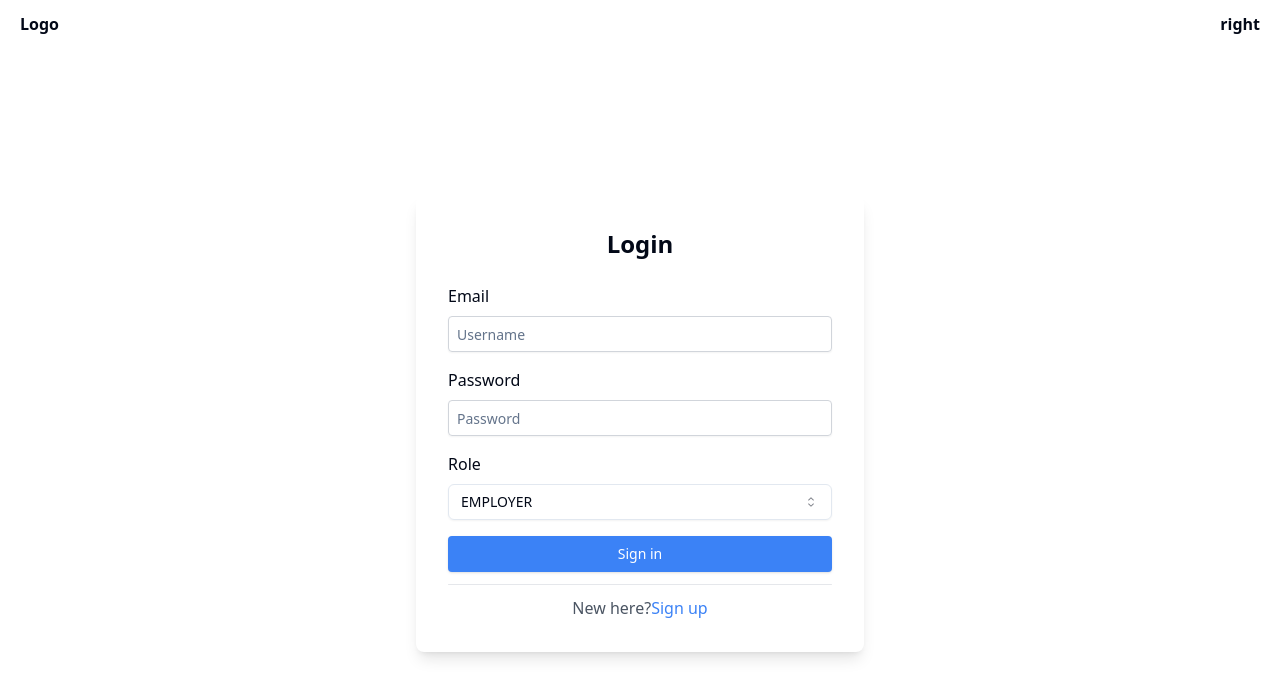
Repository: hisreal123/globalpath_fe
Page: /auth/signin
The author's editor kept a copy of each file at every save. The page is drawn from the files as they stood at one save, then again after the next save.
The browser window is 1280 px wide. The pictures show the whole page.
The project was rebuilt for these pictures with package versions that can differ from the ones it lists, and the page was loaded fresh each time. Also part of the build but not shown: vite.config.ts, src/components/pages/HomeComponent.tsx, src/pages/Home.tsx, src/pages/Error.tsx, src/pages/About.tsx, src/pages/Blog.tsx, src/pages/Find_jobs.tsx, src/components/Header.tsx and 3 more.

Above is the page before, as saved 2024-10-12 16:02:27.

### src/App.tsx

import { Router } from "./router/Router";

function App() {
  return (
    <>
      <Router />
    </>
  );
}

export default App;

### src/router/Router.tsx
import {
  createBrowserRouter,
  RouterProvider,
  Outlet,
  useLocation,
} from "react-router-dom";
import Home from "../pages/Home";
import Error from "../pages/Error";
import About from "../pages/About";
import Blog from "../pages/Blog";
import Find_jobs from "../pages/Find_jobs"
import Header from "../components/Header";
import Signin from "../pages/auth/Signin";
import Signup from "../pages/auth/Signup";


const notPages = ["/error", "/auth/signin", "/auth/signup", "auth/reset_password"]


// Layout component with conditional Navbar
const Layout = () => {
  const location = useLocation(); // Get the current route location

  return (
    <>
      {/* Conditionally render the Navbar if the current path is not the error page */}
      {!notPages.includes(location.pathname) && <Header />}
      <Outlet /> {/* Renders the child route's component */}
    </>
  );
};

const router = createBrowserRouter([
  {
    path: "/",
    element: <Layout />, // Wrap with layout for routes with Navbar
    children: [
      {
        path: "/",
        element: <Home />,
      },
      {
        path: "/about",
        element: <About />,
      },
      {
        path: "/find_jobs",
        element: <Find_jobs />,
      },
      {
        path: "/blog",
        element: <Blog />,
      },
      {
        path: "/auth",
        // element: <Blog />,
        children: [
          {
            path: "/auth/signin",
            element: <Signin />,
          },
          {
            path: "/auth/signup",
            element: <Signup />,
          },
        ],
      },
    ],
  },
  {
    path: "*", // Error route
    element: <Error />,
  },
]);

export const Router = () => {
  return (
    <>
      {/* No need for useLocation here */}
      <RouterProvider router={router} />
    </>
  );
};

### src/pages/auth/Signin.tsx
import React from 'react'
import SigninComponent from '../../components/pages/auth/SigninComponent'
import { Link } from 'react-router-dom';

const Signin = () => {

  return (
    <div>
      <div className="top_nav px-5 flex items-center justify-between font-bold pt-3">
        <Link to="/">Logo</Link>
        <h2>right</h2>
      </div>

      <SigninComponent />
    </div>
  );
}

export default Signin

### src/components/pages/auth/SigninComponent.tsx
import { z } from "zod";
import { zodResolver } from "@hookform/resolvers/zod";
import { SubmitHandler, useForm } from "react-hook-form";
import { LoginSchema } from "@/utils/FormValiator";;
import { Button } from "@/components/ui/button";
import {
  Form,
  FormControl,
  FormField,
  FormItem,
  FormLabel,
  FormMessage,
} from "../../ui/form";
import { Input } from "../../ui/input";
import { Link } from "react-router-dom";
import {
  Select,
  SelectContent,
  SelectItem,
  SelectTrigger,
  SelectValue,
} from "@/components/ui/select";
import { useState } from "react";

// Define types
type FormValues = z.infer<typeof LoginSchema>

const SigninComponent = () => {
  const [isLoading, setIsLoading] = useState<boolean>(false);
  const [isEmployer, setIsEmployer] = useState<boolean>(true);

  const form = useForm<FormValues>({
    resolver: zodResolver(LoginSchema),
    defaultValues: {
      email: "",
      password: "",
      role: "EMPLOYER"
    },
  });


  // perform signin logic here
  const onSubmit : SubmitHandler<FormValues>= (values: any) => {

    console.log(values);

    // values = {}
  };

  return (

      <div className="form_wrapper bg-white p-8 rounded-lg shadow-lg w-11/12 max-w-md mt-20 md:mt-40 mx-auto">
        <h2 className="text-2xl font-bold mb-6 text-center"> Login </h2>
        <Form {...form}>
          <form onSubmit={form.handleSubmit(onSubmit)} className="space-y-4">
            <FormField
              control={form.control}
              name="email"
              render={({ field }) => (
                <FormItem>
                  <FormLabel className="text-md">Email</FormLabel>
                  <FormControl>
                    <Input
                      placeholder="Username"
                      {...field}
                      className="w-full p-2 border border-gray-300 rounded mt-1"
                    />
                  </FormControl>
                  <FormMessage />
                </FormItem>
              )}
            />
            <FormField
              control={form.control}
              name="password"
              render={({ field }) => (
                <FormItem>
                  <FormLabel className="text-md">Password</FormLabel>
                  <FormControl>
                    <Input
                      placeholder="Password"
                      {...field}
                      className="w-full p-2 border border-gray-300 rounded mt-1"
                    />
                  </FormControl>
                  <FormMessage />
                </FormItem>
              )}
            />

            {/* Role Field */}
            <FormField
              control={form.control}
              name="role"
              render={({ field }) => (
                <FormItem>
                  <FormLabel className="text-md">Role</FormLabel>
                  <Select
                    onValueChange={(value: "EMPLOYER" | "JOBSEEKER") => {
                      field.onChange(value); // Type assertion here
                      setIsEmployer(value === "EMPLOYER"); // Update state based on selected role
                    }}
                    value={field.value} // Ensure value is either EMPLOYER or JOBSEEKER
                  >
                    <SelectTrigger className="min-w-[100%]">
                      <SelectValue placeholder="Select Role" />
                    </SelectTrigger>
                    <SelectContent>
                      <SelectItem value="EMPLOYER">EMPLOYER</SelectItem>
                      <SelectItem value="JOBSEEKER">JOBSEEKER</SelectItem>
                    </SelectContent>
                  </Select>
                  <FormMessage />
                </FormItem>
              )}
            />

            <Button
              type="submit"
              className="bg-blue-500 text-white w-full p-2 rounded hover:bg-blue-600 mt-5 relative"
            >
              {isLoading ? "Loading ..." : "Sign in"}
            </Button>
          </form>
        </Form>

        <div className="w-full h-[.3px] bg-gray-200 rounded-full mt-3 "> </div>
        <p className="text-center text-gray-600 mt-3">
          New here?
          <Link to="/auth/signup" className="text-blue-500 hover:underline">
            Sign up
          </Link>
        </p>
      </div>
  );
};

export default SigninComponent;

### src/utils/FormValiator.ts
"use client"

import {z} from "zod"

export const UserProfile = z.object({
  job_title: z.union([z.string().min(4), z.string().length(0)]),
  company_name: z.union([z.string().min(4), z.string().length(0)]),
  company_web_address: z.union([z.string().min(4), z.string().length(0)])
})



// enum role {
//   employer = "EMPLOYER",
//   job_seeker = "JOBSEEKER",
// }

// Password regex: Must contain at least one letter, one number, and no special characters.
const passwordRegex = /^(?=.*[A-Za-z])(?=.*\d)[A-Za-z\d]+$/;

export const RegisterSchema = z
  .object({
    first_name: z.string().min(1, "First name is required"),
    last_name: z.string().min(1, "Last name is required"),
    email: z.string().email("Invalid email address"),
    password: z
      .string()
      .min(6, "Password must be at least 8 characters")
      .regex(
        passwordRegex,
        "Password must contain at least one letter and one number one number, and no special characters"
      ),
    confirm_password: z
      .string()
      .min(6, "Confirm password must be at least 8 characters"),
    role: z.enum(["EMPLOYER", "JOBSEEKER"]), // Ensure "role" is typed as an enum
    profile: z
      .object({
        job_title: z.string().optional(),
        company_name: z.string().optional(),
        company_web_address: z.string().optional(),
      })
      .optional(),
  })
  .refine((data) => data.password === data.confirm_password, {
    message: "Passwords must match",
    path: ["confirm_password"],
  });

export const LoginSchema = z.object({
  email: z.string().email("Invalid email address"),
  password: z
    .string()
    .min(6, "Password must be at least 8 characters")
    .regex(
      passwordRegex,
      "Password must contain at least one letter and one number one number, and no special characters"
    ),
  confirm_password: z
    .string()
    .min(6, "Confirm password must be at least 8 characters"),
  role: z.enum(["EMPLOYER", "JOBSEEKER"]),
});

### src/components/ui/button.tsx
import * as React from "react"
import { Slot } from "@radix-ui/react-slot"
import { cva, type VariantProps } from "class-variance-authority"

import { cn } from "@/lib/utils"

const buttonVariants = cva(
  "inline-flex items-center justify-center whitespace-nowrap rounded-md text-sm font-medium transition-colors focus-visible:outline-none focus-visible:ring-1 focus-visible:ring-ring disabled:pointer-events-none disabled:opacity-50",
  {
    variants: {
      variant: {
        default:
          "bg-primary text-primary-foreground shadow hover:bg-primary/90",
        destructive:
          "bg-destructive text-destructive-foreground shadow-sm hover:bg-destructive/90",
        outline:
          "border border-input bg-background shadow-sm hover:bg-accent hover:text-accent-foreground",
        secondary:
          "bg-secondary text-secondary-foreground shadow-sm hover:bg-secondary/80",
        ghost: "hover:bg-accent hover:text-accent-foreground",
        link: "text-primary underline-offset-4 hover:underline",
      },
      size: {
        default: "h-9 px-4 py-2",
        sm: "h-8 rounded-md px-3 text-xs",
        lg: "h-10 rounded-md px-8",
        icon: "h-9 w-9",
      },
    },
    defaultVariants: {
      variant: "default",
      size: "default",
    },
  }
)

export interface ButtonProps
  extends React.ButtonHTMLAttributes<HTMLButtonElement>,
    VariantProps<typeof buttonVariants> {
  asChild?: boolean
}

const Button = React.forwardRef<HTMLButtonElement, ButtonProps>(
  ({ className, variant, size, asChild = false, ...props }, ref) => {
    const Comp = asChild ? Slot : "button"
    return (
      <Comp
        className={cn(buttonVariants({ variant, size, className }))}
        ref={ref}
        {...props}
      />
    )
  }
)
Button.displayName = "Button"

export { Button, buttonVariants }

### src/components/ui/form.tsx
import * as React from "react"
import * as LabelPrimitive from "@radix-ui/react-label"
import { Slot } from "@radix-ui/react-slot"
import {
  Controller,
  ControllerProps,
  FieldPath,
  FieldValues,
  FormProvider,
  useFormContext,
} from "react-hook-form"

import { cn } from "@/lib/utils"
import { Label } from "@/components/ui/label"

const Form = FormProvider

type FormFieldContextValue<
  TFieldValues extends FieldValues = FieldValues,
  TName extends FieldPath<TFieldValues> = FieldPath<TFieldValues>
> = {
  name: TName
}

const FormFieldContext = React.createContext<FormFieldContextValue>(
  {} as FormFieldContextValue
)

const FormField = <
  TFieldValues extends FieldValues = FieldValues,
  TName extends FieldPath<TFieldValues> = FieldPath<TFieldValues>
>({
  ...props
}: ControllerProps<TFieldValues, TName>) => {
  return (
    <FormFieldContext.Provider value={{ name: props.name }}>
      <Controller {...props} />
    </FormFieldContext.Provider>
  )
}

const useFormField = () => {
  const fieldContext = React.useContext(FormFieldContext)
  const itemContext = React.useContext(FormItemContext)
  const { getFieldState, formState } = useFormContext()

  const fieldState = getFieldState(fieldContext.name, formState)

  if (!fieldContext) {
    throw new Error("useFormField should be used within <FormField>")
  }

  const { id } = itemContext

  return {
    id,
    name: fieldContext.name,
    formItemId: `${id}-form-item`,
    formDescriptionId: `${id}-form-item-description`,
    formMessageId: `${id}-form-item-message`,
    ...fieldState,
  }
}

type FormItemContextValue = {
  id: string
}

const FormItemContext = React.createContext<FormItemContextValue>(
  {} as FormItemContextValue
)

const FormItem = React.forwardRef<
  HTMLDivElement,
  React.HTMLAttributes<HTMLDivElement>
>(({ className, ...props }, ref) => {
  const id = React.useId()

  return (
    <FormItemContext.Provider value={{ id }}>
      <div ref={ref} className={cn("space-y-2", className)} {...props} />
    </FormItemContext.Provider>
  )
})
FormItem.displayName = "FormItem"

const FormLabel = React.forwardRef<
  React.ElementRef<typeof LabelPrimitive.Root>,
  React.ComponentPropsWithoutRef<typeof LabelPrimitive.Root>
>(({ className, ...props }, ref) => {
  const { error, formItemId } = useFormField()

  return (
    <Label
      ref={ref}
      className={cn(error && "text-destructive", className)}
      htmlFor={formItemId}
      {...props}
    />
  )
})
FormLabel.displayName = "FormLabel"

const FormControl = React.forwardRef<
  React.ElementRef<typeof Slot>,
  React.ComponentPropsWithoutRef<typeof Slot>
>(({ ...props }, ref) => {
  const { error, formItemId, formDescriptionId, formMessageId } = useFormField()

  return (
    <Slot
      ref={ref}
      id={formItemId}
      aria-describedby={
        !error
          ? `${formDescriptionId}`
          : `${formDescriptionId} ${formMessageId}`
      }
      aria-invalid={!!error}
      {...props}
    />
  )
})
FormControl.displayName = "FormControl"

const FormDescription = React.forwardRef<
  HTMLParagraphElement,
  React.HTMLAttributes<HTMLParagraphElement>
>(({ className, ...props }, ref) => {
  const { formDescriptionId } = useFormField()

  return (
    <p
      ref={ref}
      id={formDescriptionId}
      className={cn("text-[0.8rem] text-muted-foreground", className)}
      {...props}
    />
  )
})
FormDescription.displayName = "FormDescription"

const FormMessage = React.forwardRef<
  HTMLParagraphElement,
  React.HTMLAttributes<HTMLParagraphElement>
>(({ className, children, ...props }, ref) => {
  const { error, formMessageId } = useFormField()
  const body = error ? String(error?.message) : children

  if (!body) {
    return null
  }

  return (
    <p
      ref={ref}
      id={formMessageId}
      className={cn("text-[0.8rem] font-medium text-destructive", className)}
      {...props}
    >
      {body}
    </p>
  )
})
FormMessage.displayName = "FormMessage"

export {
  useFormField,
  Form,
  FormItem,
  FormLabel,
  FormControl,
  FormDescription,
  FormMessage,
  FormField,
}

### src/components/ui/input.tsx
import * as React from "react"

import { cn } from "@/lib/utils"

export interface InputProps
  extends React.InputHTMLAttributes<HTMLInputElement> {}

const Input = React.forwardRef<HTMLInputElement, InputProps>(
  ({ className, type, ...props }, ref) => {
    return (
      <input
        type={type}
        className={cn(
          "flex h-9 w-full rounded-md border border-input bg-transparent px-3 py-1 text-sm shadow-sm transition-colors file:border-0 file:bg-transparent file:text-sm file:font-medium file:text-foreground placeholder:text-muted-foreground focus-visible:outline-none focus-visible:ring-1 focus-visible:ring-ring disabled:cursor-not-allowed disabled:opacity-50",
          className
        )}
        ref={ref}
        {...props}
      />
    )
  }
)
Input.displayName = "Input"

export { Input }

### src/components/ui/select.tsx
import * as React from "react"
import {
  CaretSortIcon,
  CheckIcon,
  ChevronDownIcon,
  ChevronUpIcon,
} from "@radix-ui/react-icons"
import * as SelectPrimitive from "@radix-ui/react-select"

import { cn } from "@/lib/utils"

const Select = SelectPrimitive.Root

const SelectGroup = SelectPrimitive.Group

const SelectValue = SelectPrimitive.Value

const SelectTrigger = React.forwardRef<
  React.ElementRef<typeof SelectPrimitive.Trigger>,
  React.ComponentPropsWithoutRef<typeof SelectPrimitive.Trigger>
>(({ className, children, ...props }, ref) => (
  <SelectPrimitive.Trigger
    ref={ref}
    className={cn(
      "flex h-9 w-full items-center justify-between whitespace-nowrap rounded-md border border-input bg-transparent px-3 py-2 text-sm shadow-sm ring-offset-background placeholder:text-muted-foreground focus:outline-none focus:ring-1 focus:ring-ring disabled:cursor-not-allowed disabled:opacity-50 [&>span]:line-clamp-1",
      className
    )}
    {...props}
  >
    {children}
    <SelectPrimitive.Icon asChild>
      <CaretSortIcon className="h-4 w-4 opacity-50" />
    </SelectPrimitive.Icon>
  </SelectPrimitive.Trigger>
))
SelectTrigger.displayName = SelectPrimitive.Trigger.displayName

const SelectScrollUpButton = React.forwardRef<
  React.ElementRef<typeof SelectPrimitive.ScrollUpButton>,
  React.ComponentPropsWithoutRef<typeof SelectPrimitive.ScrollUpButton>
>(({ className, ...props }, ref) => (
  <SelectPrimitive.ScrollUpButton
    ref={ref}
    className={cn(
      "flex cursor-default items-center justify-center py-1",
      className
    )}
    {...props}
  >
    <ChevronUpIcon />
  </SelectPrimitive.ScrollUpButton>
))
SelectScrollUpButton.displayName = SelectPrimitive.ScrollUpButton.displayName

const SelectScrollDownButton = React.forwardRef<
  React.ElementRef<typeof SelectPrimitive.ScrollDownButton>,
  React.ComponentPropsWithoutRef<typeof SelectPrimitive.ScrollDownButton>
>(({ className, ...props }, ref) => (
  <SelectPrimitive.ScrollDownButton
    ref={ref}
    className={cn(
      "flex cursor-default items-center justify-center py-1",
      className
    )}
    {...props}
  >
    <ChevronDownIcon />
  </SelectPrimitive.ScrollDownButton>
))
SelectScrollDownButton.displayName =
  SelectPrimitive.ScrollDownButton.displayName

const SelectContent = React.forwardRef<
  React.ElementRef<typeof SelectPrimitive.Content>,
  React.ComponentPropsWithoutRef<typeof SelectPrimitive.Content>
>(({ className, children, position = "popper", ...props }, ref) => (
  <SelectPrimitive.Portal>
    <SelectPrimitive.Content
      ref={ref}
      className={cn(
        "relative z-50 max-h-96 min-w-[8rem] overflow-hidden rounded-md border bg-popover text-popover-foreground shadow-md data-[state=open]:animate-in data-[state=closed]:animate-out data-[state=closed]:fade-out-0 data-[state=open]:fade-in-0 data-[state=closed]:zoom-out-95 data-[state=open]:zoom-in-95 data-[side=bottom]:slide-in-from-top-2 data-[side=left]:slide-in-from-right-2 data-[side=right]:slide-in-from-left-2 data-[side=top]:slide-in-from-bottom-2",
        position === "popper" &&
          "data-[side=bottom]:translate-y-1 data-[side=left]:-translate-x-1 data-[side=right]:translate-x-1 data-[side=top]:-translate-y-1",
        className
      )}
      position={position}
      {...props}
    >
      <SelectScrollUpButton />
      <SelectPrimitive.Viewport
        className={cn(
          "p-1",
          position === "popper" &&
            "h-[var(--radix-select-trigger-height)] w-full min-w-[var(--radix-select-trigger-width)]"
        )}
      >
        {children}
      </SelectPrimitive.Viewport>
      <SelectScrollDownButton />
    </SelectPrimitive.Content>
  </SelectPrimitive.Portal>
))
SelectContent.displayName = SelectPrimitive.Content.displayName

const SelectLabel = React.forwardRef<
  React.ElementRef<typeof SelectPrimitive.Label>,
  React.ComponentPropsWithoutRef<typeof SelectPrimitive.Label>
>(({ className, ...props }, ref) => (
  <SelectPrimitive.Label
    ref={ref}
    className={cn("px-2 py-1.5 text-sm font-semibold", className)}
    {...props}
  />
))
SelectLabel.displayName = SelectPrimitive.Label.displayName

const SelectItem = React.forwardRef<
  React.ElementRef<typeof SelectPrimitive.Item>,
  React.ComponentPropsWithoutRef<typeof SelectPrimitive.Item>
>(({ className, children, ...props }, ref) => (
  <SelectPrimitive.Item
    ref={ref}
    className={cn(
      "relative flex w-full cursor-default select-none items-center rounded-sm py-1.5 pl-2 pr-8 text-sm outline-none focus:bg-accent focus:text-accent-foreground data-[disabled]:pointer-events-none data-[disabled]:opacity-50",
      className
    )}
    {...props}
  >
    <span className="absolute right-2 flex h-3.5 w-3.5 items-center justify-center">
      <SelectPrimitive.ItemIndicator>
        <CheckIcon className="h-4 w-4" />
      </SelectPrimitive.ItemIndicator>
    </span>
    <SelectPrimitive.ItemText>{children}</SelectPrimitive.ItemText>
  </SelectPrimitive.Item>
))
SelectItem.displayName = SelectPrimitive.Item.displayName

const SelectSeparator = React.forwardRef<
  React.ElementRef<typeof SelectPrimitive.Separator>,
  React.ComponentPropsWithoutRef<typeof SelectPrimitive.Separator>
>(({ className, ...props }, ref) => (
  <SelectPrimitive.Separator
    ref={ref}
    className={cn("-mx-1 my-1 h-px bg-muted", className)}
    {...props}
  />
))
SelectSeparator.displayName = SelectPrimitive.Separator.displayName

export {
  Select,
  SelectGroup,
  SelectValue,
  SelectTrigger,
  SelectContent,
  SelectLabel,
  SelectItem,
  SelectSeparator,
  SelectScrollUpButton,
  SelectScrollDownButton,
}

### src/components/ui/label.tsx
import * as React from "react"
import * as LabelPrimitive from "@radix-ui/react-label"
import { cva, type VariantProps } from "class-variance-authority"

import { cn } from "@/lib/utils"

const labelVariants = cva(
  "text-sm font-medium leading-none peer-disabled:cursor-not-allowed peer-disabled:opacity-70"
)

const Label = React.forwardRef<
  React.ElementRef<typeof LabelPrimitive.Root>,
  React.ComponentPropsWithoutRef<typeof LabelPrimitive.Root> &
    VariantProps<typeof labelVariants>
>(({ className, ...props }, ref) => (
  <LabelPrimitive.Root
    ref={ref}
    className={cn(labelVariants(), className)}
    {...props}
  />
))
Label.displayName = LabelPrimitive.Root.displayName

export { Label }

Loaded but not shown: index.html (common file); src/main.tsx (common file); src/index.css (common file); src/lib/utils.ts (common file); tailwind.config.js (common file)

After the next save:
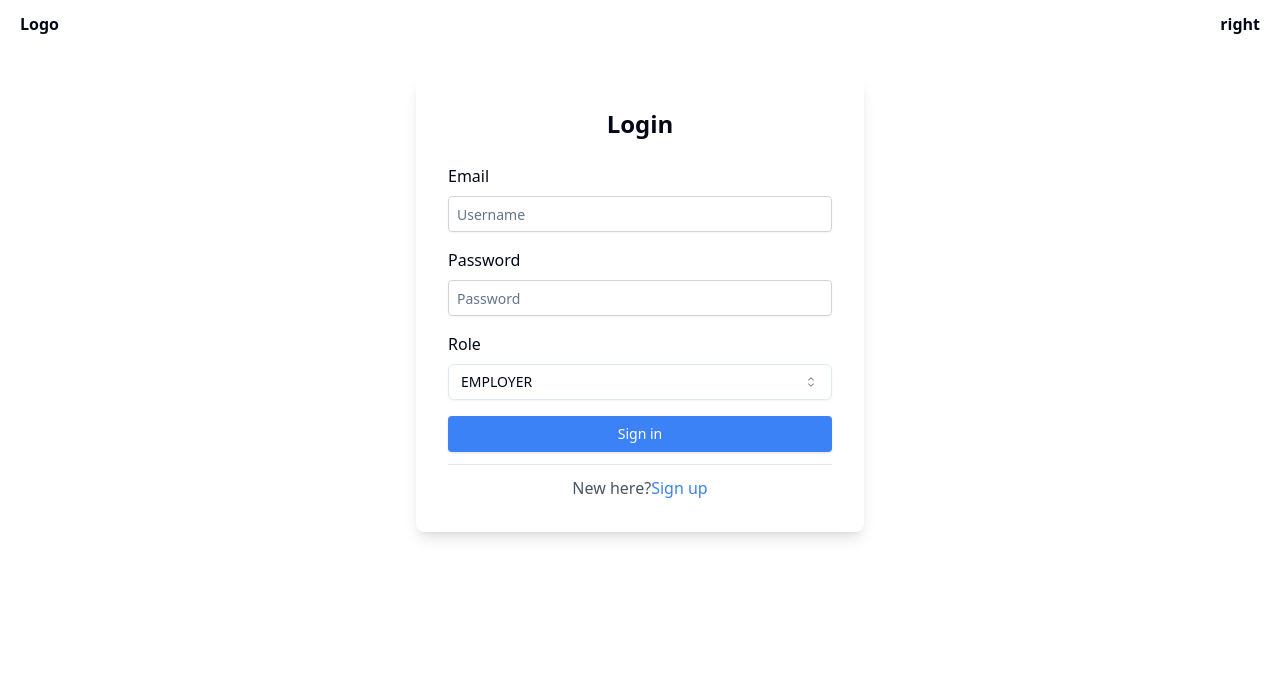
Saved 19 s later.
--- a/src/components/pages/auth/SigninComponent.tsx
+++ b/src/components/pages/auth/SigninComponent.tsx
@@ -49,7 +49,7 @@ const SigninComponent = () => {
 
   return (
 
-      <div className="form_wrapper bg-white p-8 rounded-lg shadow-lg w-11/12 max-w-md mt-20 md:mt-40 mx-auto">
+      <div className="form_wrapper bg-white p-8 rounded-lg shadow-lg w-11/12 max-w-md mt-20 md:mt-10 mx-auto">
         <h2 className="text-2xl font-bold mb-6 text-center"> Login </h2>
         <Form {...form}>
           <form onSubmit={form.handleSubmit(onSubmit)} className="space-y-4">
